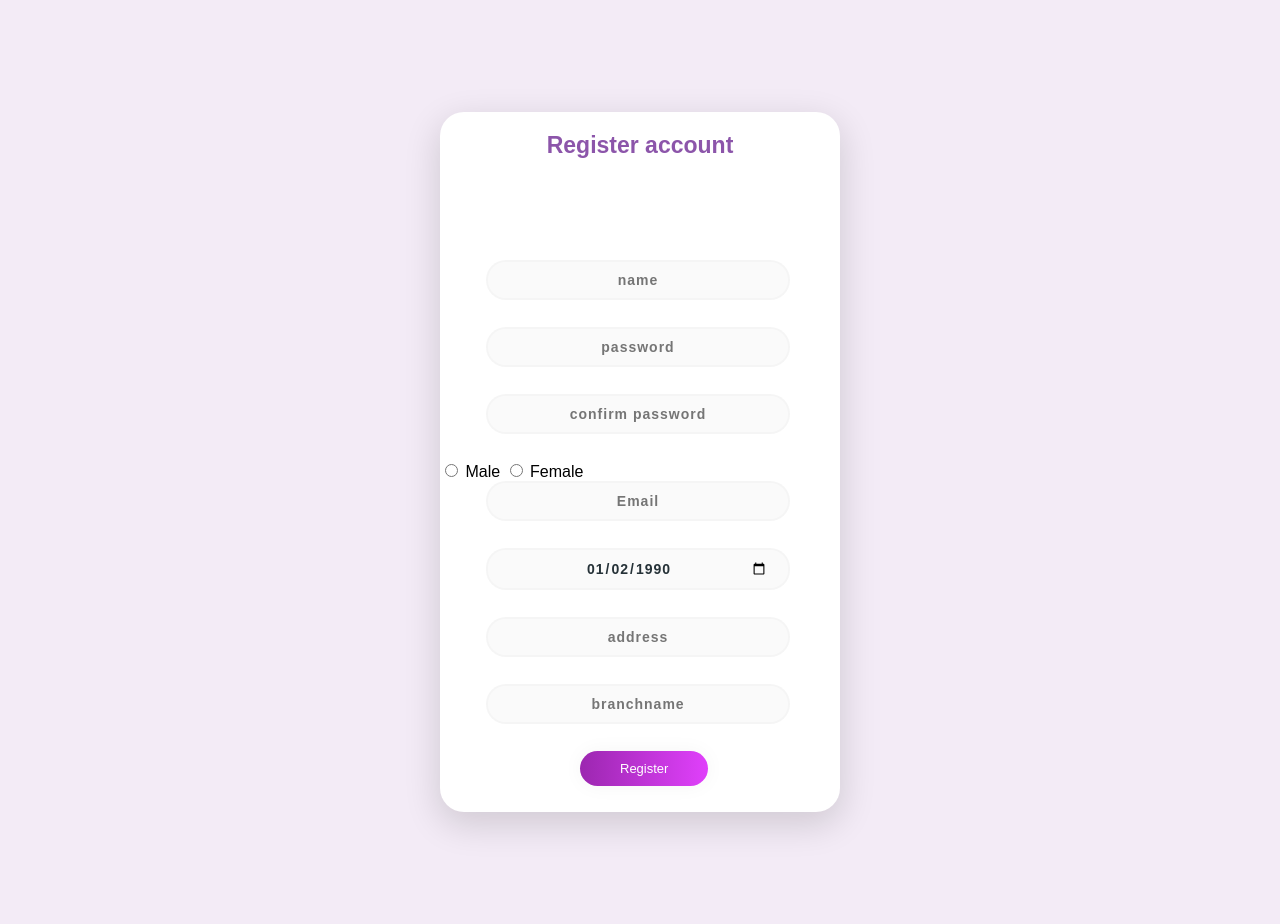
Repository: anujs099/bankingapp
Page: banking-application-final/WebContent/Register.html
An editor plug-in stored every save of this project. The page is shown before and after the next save, followed by the edit.
The browser window is 1280 px wide. The pictures show the whole page.

Above is the page before, as saved 2021-03-07 14:57:14.

### banking-application-final/WebContent/Register.html
<!DOCTYPE html>
<html>
<head>
<meta charset="ISO-8859-1">
<title>Insert title here</title>
<link rel="stylesheet" href="LoginFile.css">
</head>
<body>
<div class="main" style="width: 400px;
        height: 700px;">
        <p class="sign" align="center" style="padding:20px">Register account</p>
<Form action="registerservlet" method="post" class="form1"><br>
<input type="text" placeholder="name" name="firstname" class="un"><br>
<input type="password" placeholder="password" name="password" class="un"><br>
<input type="password" placeholder="confirm password" class="un"><br>
<div class="control" class="un">
  <label class="radio">
    <input type="radio" name="answer" value="male"></input>
   	Male
  </label>
  <label class="radio">
    <input type="radio" name="answer" value="female"></input>
    Female
  </label>
</div>
<input type="email" placeholder="Email" name="email" class="un"><br>
<input type="date" min="1990-01-01" max="2030-02-08" value="1990-01-02" name="date" class="un"><br>
<input type="text" placeholder="address" name="Address" class="un"><br>
<input type="text" placeholder="branchname" name="branch" class="un"><br>
<input type="submit" value="Register" class="submit"><br>
</Form>
</div>
</body>
</html>

### banking-application-final/WebContent/LoginFile.css
@charset "ISO-8859-1";
 body {
        background-color: #F3EBF6;
        font-family: 'Ubuntu', sans-serif;
    }

    .main {
        background-color: #FFFFFF;
        width: 400px;
        height: 400px;
        margin: 7em auto;
        border-radius: 1.5em;
        box-shadow: 0px 11px 35px 2px rgba(0, 0, 0, 0.14);
    }

    .sign {
        padding-top: 40px;
        color: #8C55AA;
        font-family: 'Ubuntu', sans-serif;
        font-weight: bold;
        font-size: 23px;
    }

    .un {
    width: 76%;
    color: rgb(38, 50, 56);
    font-weight: 700;
    font-size: 14px;
    letter-spacing: 1px;
    background: rgba(136, 126, 126, 0.04);
    padding: 10px 20px;
    border: none;
    border-radius: 20px;
    outline: none;
    box-sizing: border-box;
    border: 2px solid rgba(0, 0, 0, 0.02);
    margin-bottom: 50px;
    margin-left: 46px;
    text-align: center;
    margin-bottom: 27px;
    font-family: 'Ubuntu', sans-serif;
    }

    form.form1 {
        padding-top: 40px;
    }

    .pass {
            width: 76%;
    color: rgb(38, 50, 56);
    font-weight: 700;
    font-size: 14px;
    letter-spacing: 1px;
    background: rgba(136, 126, 126, 0.04);
    padding: 10px 20px;
    border: none;
    border-radius: 20px;
    outline: none;
    box-sizing: border-box;
    border: 2px solid rgba(0, 0, 0, 0.02);
    margin-bottom: 50px;
    margin-left: 46px;
    text-align: center;
    margin-bottom: 27px;
    font-family: 'Ubuntu', sans-serif;
    }


    .un:focus, .pass:focus {
        border: 2px solid rgba(0, 0, 0, 0.18) !important;

    }

    .submit {
      cursor: pointer;
        border-radius: 5em;
        color: #fff;
        background: linear-gradient(to right, #9C27B0, #E040FB);
        border: 0;
        padding-left: 40px;
        padding-right: 40px;
        padding-bottom: 10px;
        padding-top: 10px;
        font-family: 'Ubuntu', sans-serif;
        margin-left: 35%;
        font-size: 13px;
        box-shadow: 0 0 20px 1px rgba(0, 0, 0, 0.04);
    }

    .forgot {
        text-shadow: 0px 0px 3px rgba(117, 117, 117, 0.12);
        color: #E1BEE7;
        padding-top: 15px;
    }

    a {
        text-shadow: 0px 0px 3px rgba(117, 117, 117, 0.12);
        color: #E1BEE7;
        text-decoration: none
    }

    @media (max-width: 600px) {
        .main {
            border-radius: 0px;
        }

    }

After the next save:
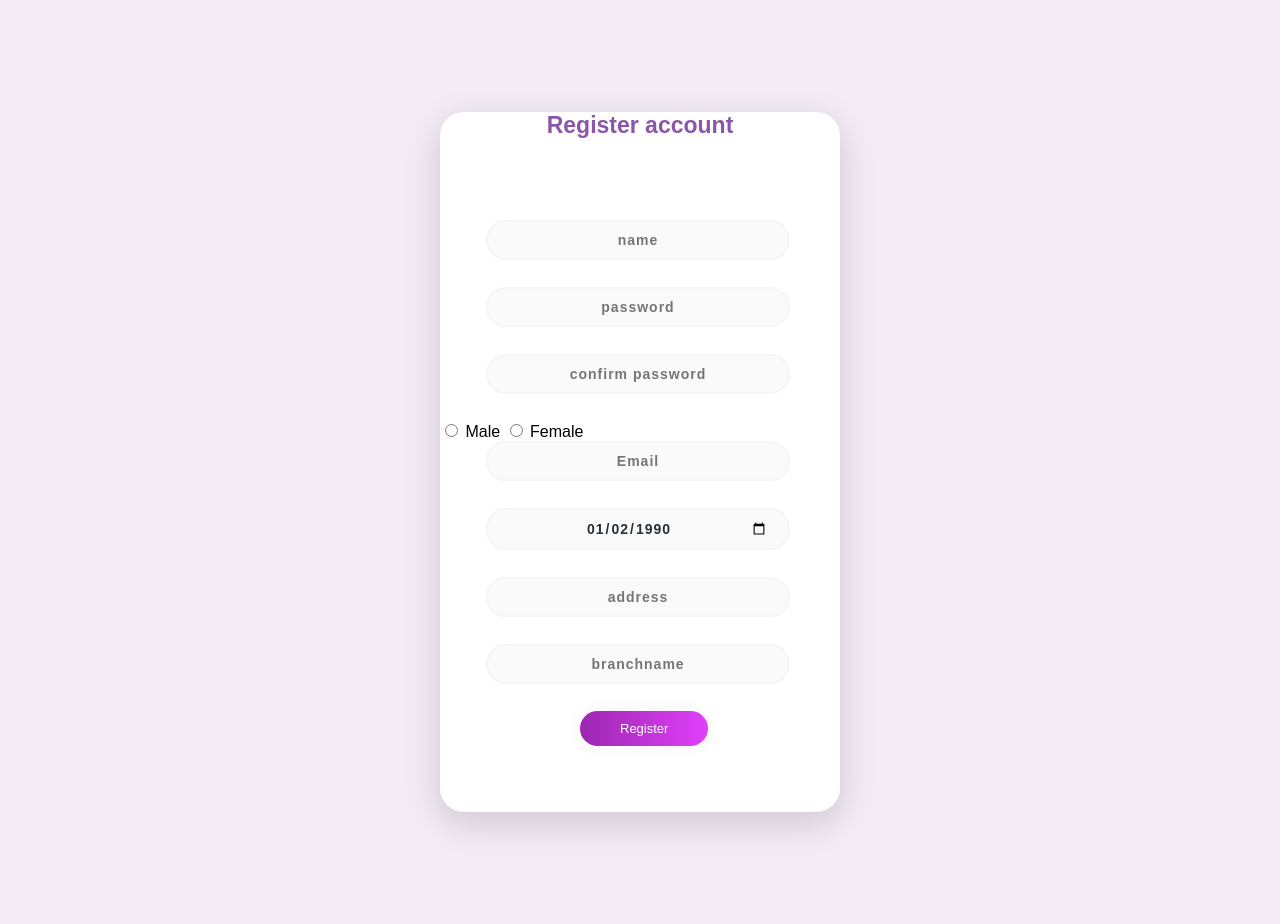
Saved 36 s later.
--- a/banking-application-final/WebContent/Register.html
+++ b/banking-application-final/WebContent/Register.html
@@ -8,7 +8,7 @@
 <body>
 <div class="main" style="width: 400px;
         height: 700px;">
-        <p class="sign" align="center" style="padding:20px">Register account</p>
+        <p class="sign" align="center" style="padding:0px">Register account</p>
 <Form action="registerservlet" method="post" class="form1"><br>
 <input type="text" placeholder="name" name="firstname" class="un"><br>
 <input type="password" placeholder="password" name="password" class="un"><br>

After the save that followed:
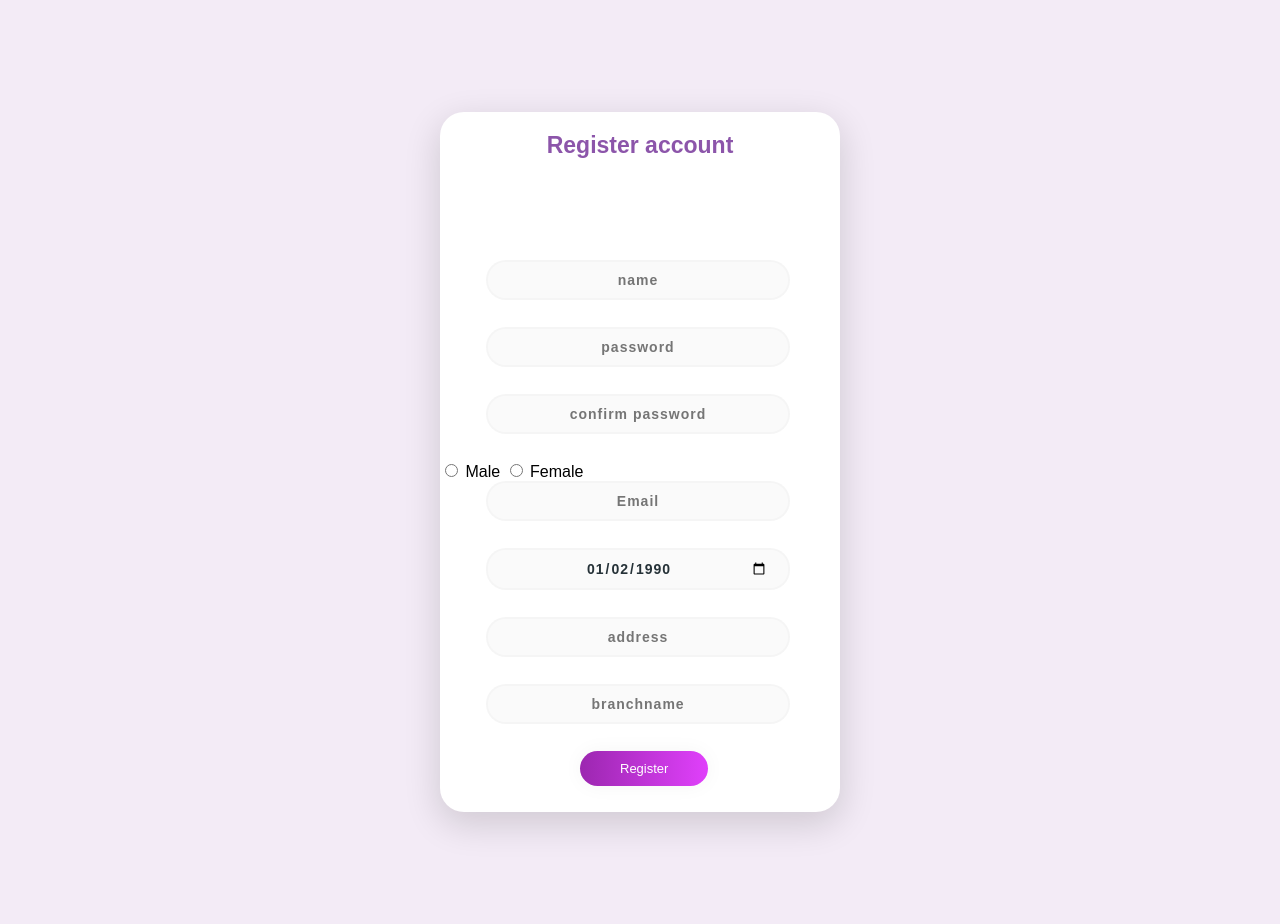
Saved 13 s later.
--- a/banking-application-final/WebContent/Register.html
+++ b/banking-application-final/WebContent/Register.html
@@ -8,7 +8,7 @@
 <body>
 <div class="main" style="width: 400px;
         height: 700px;">
-        <p class="sign" align="center" style="padding:0px">Register account</p>
+        <p class="sign" align="center" style="padding:20px">Register account</p>
 <Form action="registerservlet" method="post" class="form1"><br>
 <input type="text" placeholder="name" name="firstname" class="un"><br>
 <input type="password" placeholder="password" name="password" class="un"><br>
